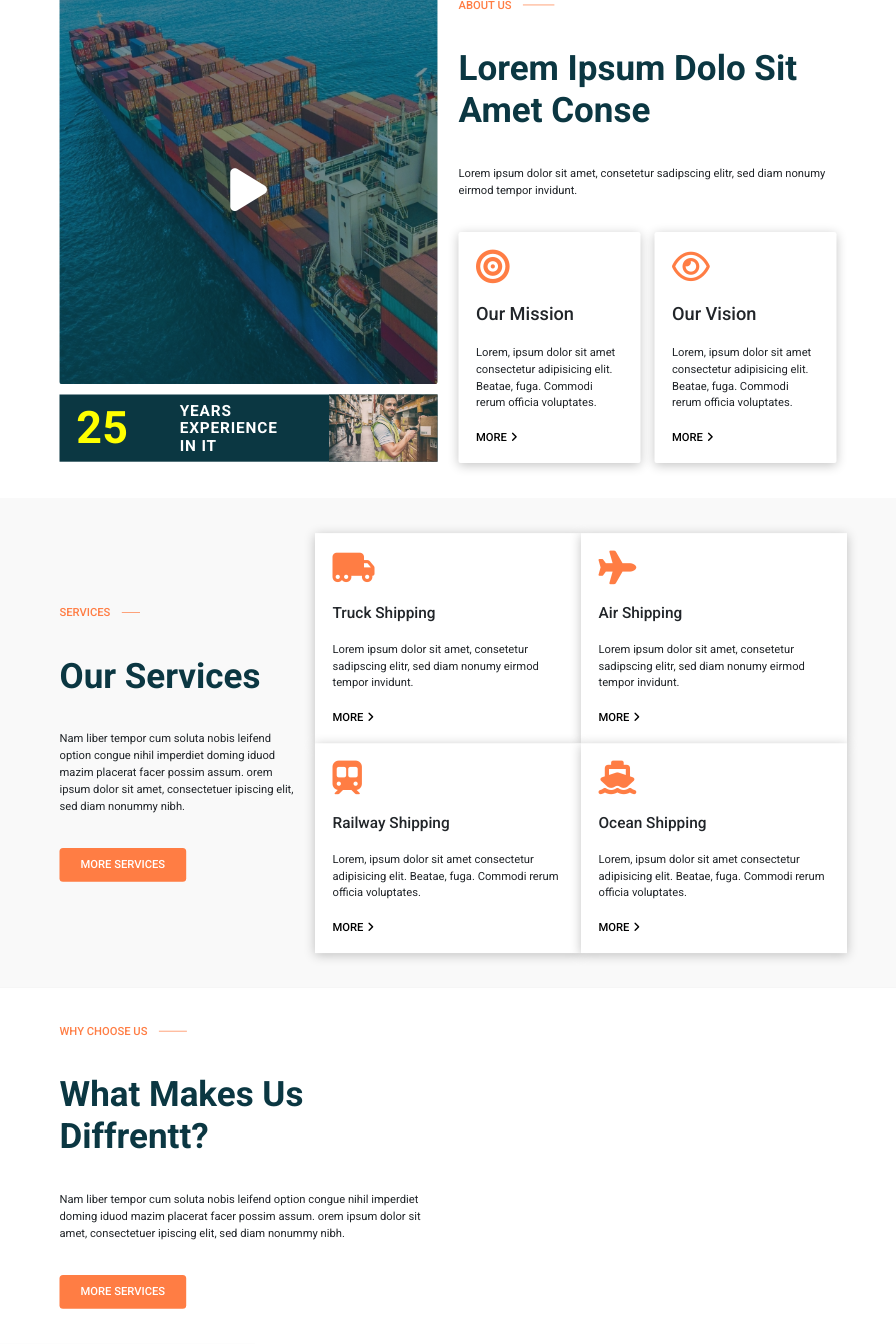
Repository: nazmulalok/shipping-theme
Page: index.html
These files come from the project's save history. The page is drawn as it stood at one moment and after the next save; the edit follows.
The browser window is 1280 px wide. The pictures show the part of the page from y = 1041 to 2961 px (the page is 2961 px tall before and 2893 px after), at 70% of full size.
Some web libraries are served in a nearby version.

Above is the page before, as saved 2022-10-08 23:09:19.

After the next save:
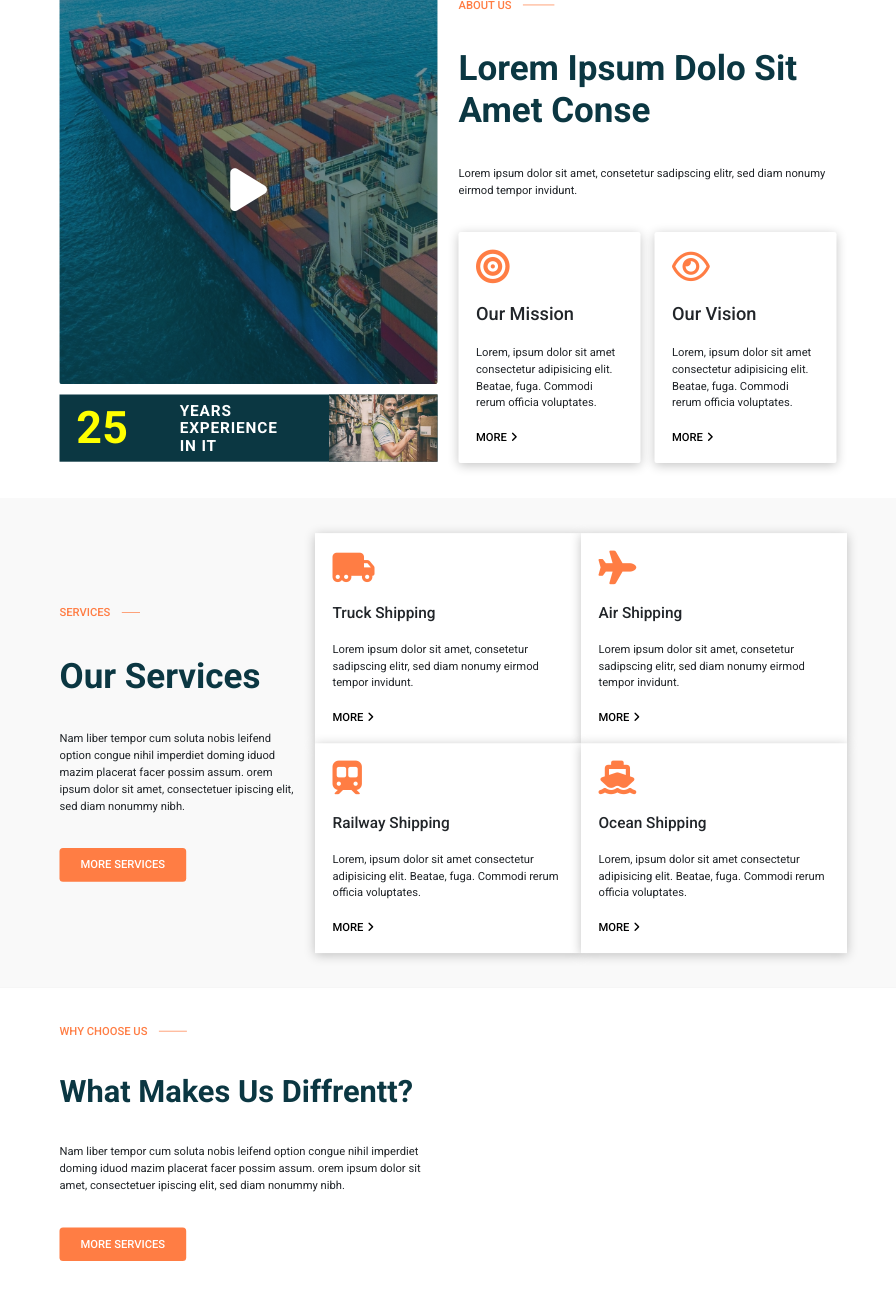
Saved 6 s later.
--- a/index.html
+++ b/index.html
@@ -221,8 +221,8 @@
                 <div class="row align-items-center">
                     <div class="col-lg-6">
                         <span class="sp-title">Why Choose Us</span>
-                        <h2 class="mb-5">What Makes Us
-                            Diffrentt?</h2>
+                        <h3 class="mb-5">What Makes Us
+                            Diffrentt?</h3>
                         <p class="mb-5">Nam liber tempor cum soluta nobis leifend option congue nihil imperdiet doming
                             iduod mazim placerat facer possim assum. orem ipsum dolor sit amet, consectetuer ipiscing
                             elit, sed diam nonummy nibh.</p>
